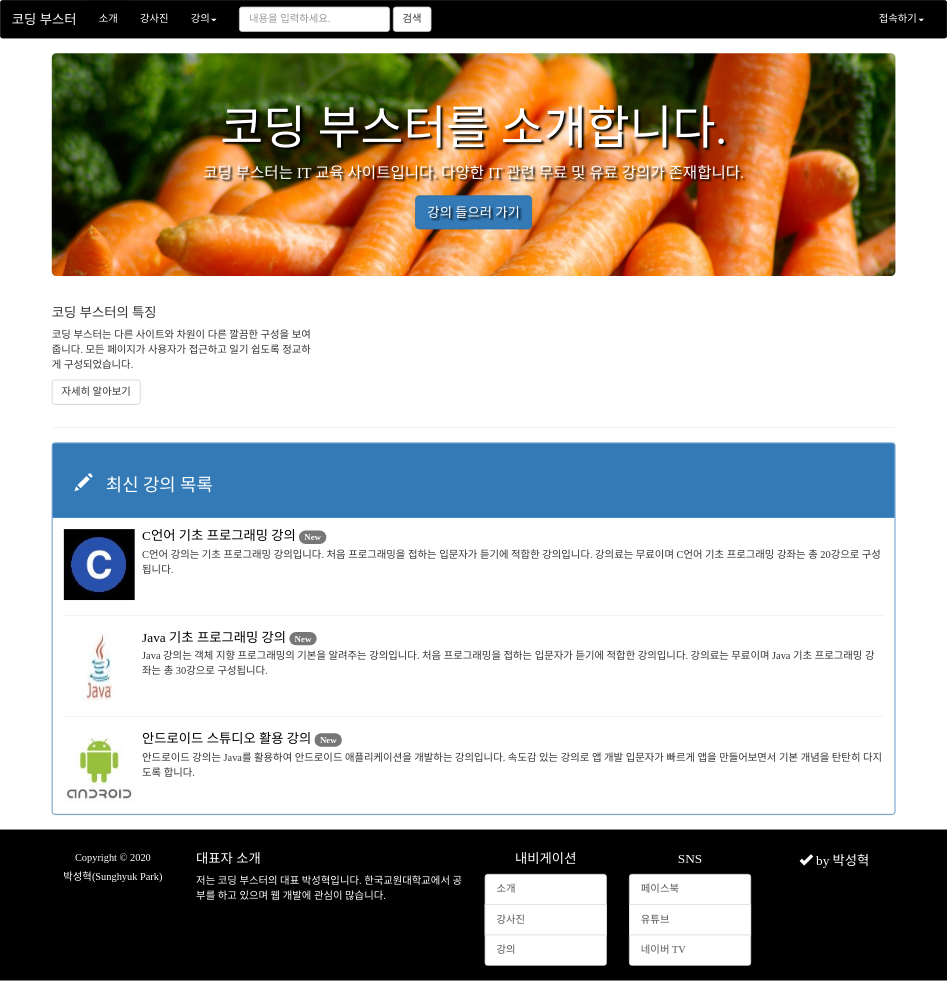
Repository: hyuk0u0/workspace_jsp
Page: http://localhost/MyProject/
The author's editor kept a copy of each file at every save. The page is drawn from the files as they stood at one save, then again after the next save.
The browser window is 1280 px wide. The pictures show the whole page, at 74% of full size.
Some web fonts or font styles are not loaded; a fallback is used. The page is served by Tomcat 9.

Above is the page before, as saved 2020-06-23 05:01:44.

### MyProject/WebContent/index.jsp
<%@ page language="java" contentType="text/html; charset=UTF-8"
    pageEncoding="UTF-8"%>

<%@ taglib uri="http://java.sun.com/jsp/jstl/core" prefix="c" %>
<%@ taglib uri="http://java.sun.com/jsp/jstl/fmt" prefix="fmt" %>
<%@ taglib uri="http://java.sun.com/jsp/jstl/functions" prefix="fn" %>

<!DOCTYPE html>
<html>
<head>
<meta charset="UTF-8">
<meta name="viewport" content="width=device-width, initial-scale=1">
<link rel="stylesheet" href="https://maxcdn.bootstrapcdn.com/bootstrap/3.4.1/css/bootstrap.min.css">
<link rel="stylesheet" href="css/codingBooster.css">
<script src="https://ajax.googleapis.com/ajax/libs/jquery/3.5.1/jquery.min.js"></script>
<script src="https://maxcdn.bootstrapcdn.com/bootstrap/3.4.1/js/bootstrap.min.js"></script>
<title>코딩 부스터</title>
	<style type="text/css">
		.jumbotron {
			background-image: url("images/jumbotronBackground.jpg");
			background-size: cover;
			text-shadow: black 0.2em 0.2em 0.2em;
			color: white;
		}
	</style>

</head>
<body>
	<nav class="navbar navbar-default">
		<div class="container-fluid">
			<div class="navbar-header">
				<button type="button" class="navbar-toggle collapsed" data-toggle="collapse"
					data-target="#bs-example-navbar-collapse-1" aria-expanded="false">
					<span class="sr-only"></span>
					<span class="icon-bar"></span>
					<span class="icon-bar"></span>
					<span class="icon-bar"></span>
				</button>
				<a class="navbar-brand" href="index.jsp">코딩 부스터</a>
			</div>
			<div class="collapse navbar-collapse" id="bs-example-navbar-collapse-1">
				<ul class="nav navbar-nav">
					<li class="active"><a href="index.jsp">소개<span class="sr-only"></span></a></li>
					<li><a href="instructor.jsp">강사진</a></li>
					<li class="dropdown">
						<a href="#" class="dropdown-toggle" data-toggle="dropdown" role="button"
							aria-haspopup="true" aria-expanded="false">강의<span class="caret"></span></a>
						<ul class="dropdown-menu">
							<li><a href="lecture.jsp?lectureName=C">C언어</a></li>
							<li><a href="lecture.jsp?lectureName=Java">Java</a></li>
							<li><a href="lecture.jsp?lectureName=Android">안드로이드</a></li>
						</ul>
					</li>
				</ul>
				<form class="navbar-form navbar-left">
					<div class="form-group">
						<input type="text" class="form-control" placeholder="내용을 입력하세요.">
					</div>
					<button type="submit" class="btn btn-default">검색</button>
				</form>
				<ul class="nav navbar-nav navbar-right">
					<li class="dropdown">
						<a href="#" class="dropdown-toggle" data-toggle="dropdown" role="button"
							aria-haspopup="true" aria-expanded="false">접속하기<span class="caret"></span></a>
						<ul class="dropdown-menu">
							<li><a href="loginForm.jsp">로그인</a></li>
							<li><a href="registerForm.jsp">회원가입</a></li>
						</ul>
					</li>
				</ul>
			</div>
		</div>
	</nav>
	<div class="container">
		<div class="jumbotron">
			<h1 class="text-center">코딩 부스터를 소개합니다.</h1>
			<p class="text-center">코딩 부스터는 IT 교육 사이트입니다. 다양한 IT 관련 무료 및 유료 강의가 존재합니다.<p>
			<p class="text-center"><a class="btn btn-primary btn-lg" href="lecture.jsp">강의 들으러 가기</a></p>
		</div>
		<div class="row">
			<div class="col-md-4">
				<h4>코딩 부스터의 특징</h4>
				<p>코딩 부스터는 다른 사이트와 차원이 다른 깔끔한 구성을 보여줍니다. 모든 페이지가 사용자가 접근하고 일기 쉽도록 정교하게 구성되었습니다.</p>
				<p><a class="btn btn-default" data-target="#modal" data-toggle="modal">자세히 알아보기</a></p>
			</div>

		</div>
		<hr>
		<div class="panel panel-primary">
			<div class="panel-heading">
				<h3 class="panel-heading"><span class="glyphicon glyphicon-pencil"></span>
				&nbsp;&nbsp;최신 강의 목록</h3>
			</div>
			<div class="panel-body">
				<div class="media">
					<div class="media-left">
						<a href="lecture.jsp?lectureName=C"><img class="media-object" src="images/c.jpg" alt="C언어 강의 이미지"></a>
					</div>
					<div class="media-body">
						<h4 class="media-heading"><a href="lecture.jsp?lectureName=C">C언어 기초 프로그래밍 강의</a>&nbsp;<span class="badge">New</span></h4>
						C언어 강의는 기초 프로그래밍 강의입니다. 처음 프로그래밍을 접하는 입문자가 듣기에 적합한 강의입니다.
						강의료는 무료이며 C언어 기초 프로그래밍 강좌는 총 20강으로 구성됩니다.
					</div>
				</div>
				<hr>
				<div class="media">
					<div class="media-left">
						<a href="lecture.jsp?lectureName=Java"><img class="media-object" src="images/java.jpg" alt="Java 강의 이미지"></a>
					</div>
					<div class="media-body">
						<h4 class="media-heading"><a href="lecture.jsp?lectureName=Java">Java 기초 프로그래밍 강의</a>&nbsp;<span class="badge">New</span></h4>
						Java 강의는 객체 지향 프로그래밍의 기본을 알려주는 강의입니다. 처음 프로그래밍을 접하는 입문자가 듣기에 적합한 강의입니다.
						강의료는 무료이며 Java 기초 프로그래밍 강좌는 총 30강으로 구성됩니다.
					</div>
				</div>
				<hr>
				<div class="media">
					<div class="media-left">
						<a href="lecture.jsp?lectureName=Android"><img class="media-object" src="images/android.jpg" alt="안드로이드 강의 이미지"></a>
					</div>
					<div class="media-body">
						<h4 class="media-heading"><a href="lecture.jsp?lectureName=Android">안드로이드 스튜디오 활용 강의</a>&nbsp;<span class="badge">New</span></h4>
						안드로이드 강의는 Java를 활용하여 안드로이드 애플리케이션을 개발하는 강의입니다.
						속도감 있는 강의로 앱 개발 입문자가 빠르게 앱을 만들어보면서 기본 개념을 탄탄히 다지도록 합니다.
					</div>
				</div>
			</div>
		</div>
	</div>
	<footer style="background-color: #000000; color: #ffffff">
		<div class="container">
			<br>
			<div class="row">
				<div class="col-sm-2" style="text-align: center;"><h5>Copyright &copy; 2020</h5><h5>박성혁(Sunghyuk Park)</h5></div>
				<div class="col-sm-4"><h4>대표자 소개</h4><p>저는 코딩 부스터의 대표 박성혁입니다. 한국교원대학교에서 공부를 하고 있으며 웹 개발에 관심이 많습니다.</p></div>
				<div class="col-sm-2"><h4 style="text-align: center;">내비게이션</h4>
					<div class="list-group">
						<a href="index.jsp" class="list-group-item">소개</a>
						<a href="instructor.jsp" class="list-group-item">강사진</a>
						<a href="lecture.jsp" class="list-group-item">강의</a>
					</div>
				</div>
				<div class="col-sm-2"><h4 style="text-align: center;">SNS</h4>
					<div class="list-group">
						<a href="https://www.naver.com" class="list-group-item">페이스북</a>
						<a href="https://www.google.com" class="list-group-item">유튜브</a>
						<a href="https://www.daum.net" class="list-group-item">네이버 TV</a>
					</div>
				</div>
				<div class="col-sm-2"><h4 style="text-align: center;"><span class="glyphicon glyphicon-ok"></span>&nbsp;by 박성혁</h4></div>
			</div>
		</div>
	</footer>
	<div class="row">
		<div class="modal" id="modal" tabindex="-1">
			<div class="modal-dialog">
				<div class="modal-content">
					<div class="modal-header">
						코딩 부스터의 특징
						<button class="close" data-dismiss="modal">&times;</button>
					</div>
					<div class="modal-body" style="text-align: center;">
						저희 서비스의 특징은 바로 강의를 들을 수 있다는 점입니다. <br>
						특히 다양한 무료 강의가 유튜브와 연동되어 제공됩니다.<br><br>
						<img src="images/youtube.png" id="imagepreview" style="width: 256px; height: 256px;">
					</div>
				</div>
			</div>
		</div>
	</div>
</body>
</html>

### MyProject/WebContent/css/codingBooster.css
@charset "UTF-8";
/* 전체 영역을 통틀어서 스타일 정의 */
@import url(http://fonts.googleapis.com/earlyaccess/nanumgothic.css);
* {
	font-family: 'Nanum Gothic';
}
a {
	color: #000000; /* 검정색 */
	text-decoration: none;
}
a:hover {
	color: #bbbbbb; /* 회색 */
	text-decoration: none;
	cursor: pointer;
}
/* 내비게이션 영역 */
.navbar-default { /* 배경 색상 */
	background-color: #000000;
	border-color: #000000;
}
.navbar-default .navbar-brand { /* 내비게이션 제목 색상 */
	color: #ffffff;
}
.navbar-default .navbar-brand:hovar,
.navbar-default .navbar-brand:focus { /* 내비게이션 제목에 마우스를 올렸을 때 */
	background-color: transparent;
	color: #bbbbbb;
}
.navbar-default .navbar-nav > .active > a,
.navbar-default .navbar-nav > .active > a:hover,
.navbar-default .navbar-nav > .active > a:focus { /* 현재 선택된 내비게이션 색상 이벤트 */
	color: white;
	background-color: #000000;
}

.navbar-default .navbar-nav > li > a:hover,
.navbar-default .navbar-nav > li > a:focus { /* 내비게이션의 글자에 마우스를 올렸을 때 */
	color: #bbbbbb;
}

.navbar-default .navbar-nav > .open > a,
.navbar-default .navbar-nav > .open > a:hover,
.navbar-default .navbar-nav > .open > a:focus { /* 드랍다운이 열렸을 때 마우스 색상 이벤트 */
	color: #000000;
	background-color: #ffffff;
	text-decoration: none;
}
.navbar-default .navbar-nav > li > a { /* 내비게이션 기본 색상 */
	color: white;
}
@media (max-width:767px) { /* 해상도가 작을 때 드랍다운 아이템에 마우스를 올렸을 때 */
	.navbar-default .navbar-nav .open .dropdown-menu > li > a {
		color: #ffffff;
	}
	.navbar-default .navbar-nav .open .dropdown-menu > li > a:hover,
	.navbar-default .navbar-nav .open .dropdown-menu > li > a.focus {
		color: #bbbbbb;
	}
}

After the next save:
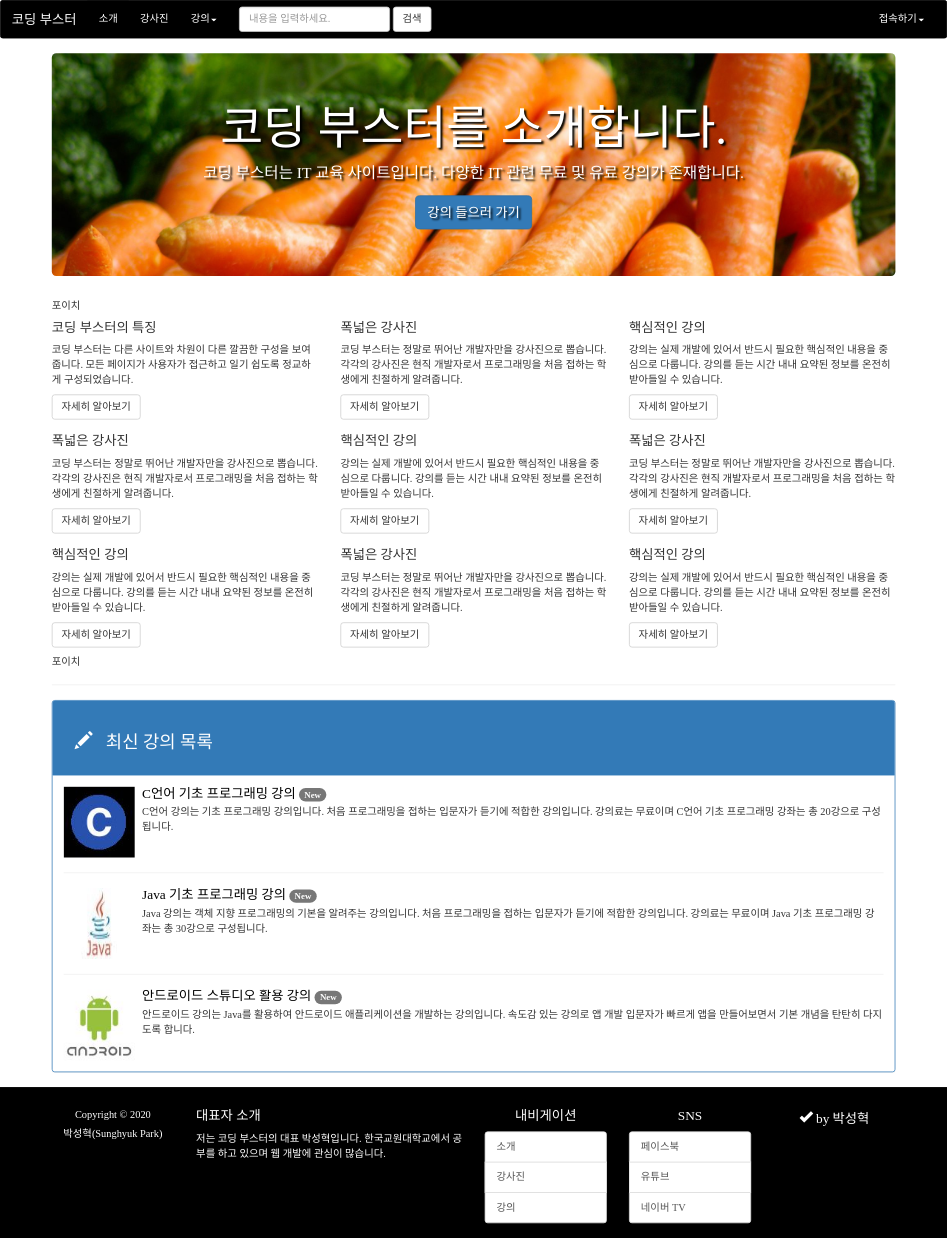
Saved 27 s later.
--- a/MyProject/WebContent/index.jsp
+++ b/MyProject/WebContent/index.jsp
@@ -77,14 +77,55 @@
 			<p class="text-center">코딩 부스터는 IT 교육 사이트입니다. 다양한 IT 관련 무료 및 유료 강의가 존재합니다.<p>
 			<p class="text-center"><a class="btn btn-primary btn-lg" href="lecture.jsp">강의 들으러 가기</a></p>
 		</div>
+		포이치
 		<div class="row">
 			<div class="col-md-4">
 				<h4>코딩 부스터의 특징</h4>
 				<p>코딩 부스터는 다른 사이트와 차원이 다른 깔끔한 구성을 보여줍니다. 모든 페이지가 사용자가 접근하고 일기 쉽도록 정교하게 구성되었습니다.</p>
 				<p><a class="btn btn-default" data-target="#modal" data-toggle="modal">자세히 알아보기</a></p>
 			</div>
-
-		</div>
+			<div class="col-md-4">
+				<h4>폭넓은 강사진</h4>
+				<p>코딩 부스터는 정말로 뛰어난 개발자만을 강사진으로 뽑습니다. 각각의 강사진은 현직 개발자로서 프로그래밍을 처음 접하는 학생에게 친절하게 알려줍니다.</p>
+				<p><a class="btn btn-default" href="instructor.jsp">자세히 알아보기</a></p>
+			</div>
+			<div class="col-md-4">
+				<h4>핵심적인 강의</h4>
+				<p>강의는 실제 개발에 있어서 반드시 필요한 핵심적인 내용을 중심으로 다룹니다. 강의를 듣는 시간 내내 요약된 정보를 온전히 받아들일 수 있습니다.</p>
+				<p><a class="btn btn-default" href="lecture.jsp">자세히 알아보기</a></p>
+			</div>
+			<div class="col-md-4">
+				<h4>폭넓은 강사진</h4>
+				<p>코딩 부스터는 정말로 뛰어난 개발자만을 강사진으로 뽑습니다. 각각의 강사진은 현직 개발자로서 프로그래밍을 처음 접하는 학생에게 친절하게 알려줍니다.</p>
+				<p><a class="btn btn-default" href="instructor.jsp">자세히 알아보기</a></p>
+			</div>
+			<div class="col-md-4">
+				<h4>핵심적인 강의</h4>
+				<p>강의는 실제 개발에 있어서 반드시 필요한 핵심적인 내용을 중심으로 다룹니다. 강의를 듣는 시간 내내 요약된 정보를 온전히 받아들일 수 있습니다.</p>
+				<p><a class="btn btn-default" href="lecture.jsp">자세히 알아보기</a></p>
+			</div>
+			<div class="col-md-4">
+				<h4>폭넓은 강사진</h4>
+				<p>코딩 부스터는 정말로 뛰어난 개발자만을 강사진으로 뽑습니다. 각각의 강사진은 현직 개발자로서 프로그래밍을 처음 접하는 학생에게 친절하게 알려줍니다.</p>
+				<p><a class="btn btn-default" href="instructor.jsp">자세히 알아보기</a></p>
+			</div>
+			<div class="col-md-4">
+				<h4>핵심적인 강의</h4>
+				<p>강의는 실제 개발에 있어서 반드시 필요한 핵심적인 내용을 중심으로 다룹니다. 강의를 듣는 시간 내내 요약된 정보를 온전히 받아들일 수 있습니다.</p>
+				<p><a class="btn btn-default" href="lecture.jsp">자세히 알아보기</a></p>
+			</div>
+			<div class="col-md-4">
+				<h4>폭넓은 강사진</h4>
+				<p>코딩 부스터는 정말로 뛰어난 개발자만을 강사진으로 뽑습니다. 각각의 강사진은 현직 개발자로서 프로그래밍을 처음 접하는 학생에게 친절하게 알려줍니다.</p>
+				<p><a class="btn btn-default" href="instructor.jsp">자세히 알아보기</a></p>
+			</div>
+			<div class="col-md-4">
+				<h4>핵심적인 강의</h4>
+				<p>강의는 실제 개발에 있어서 반드시 필요한 핵심적인 내용을 중심으로 다룹니다. 강의를 듣는 시간 내내 요약된 정보를 온전히 받아들일 수 있습니다.</p>
+				<p><a class="btn btn-default" href="lecture.jsp">자세히 알아보기</a></p>
+			</div>
+		</div>
+		포이치
 		<hr>
 		<div class="panel panel-primary">
 			<div class="panel-heading">

After the save that followed:
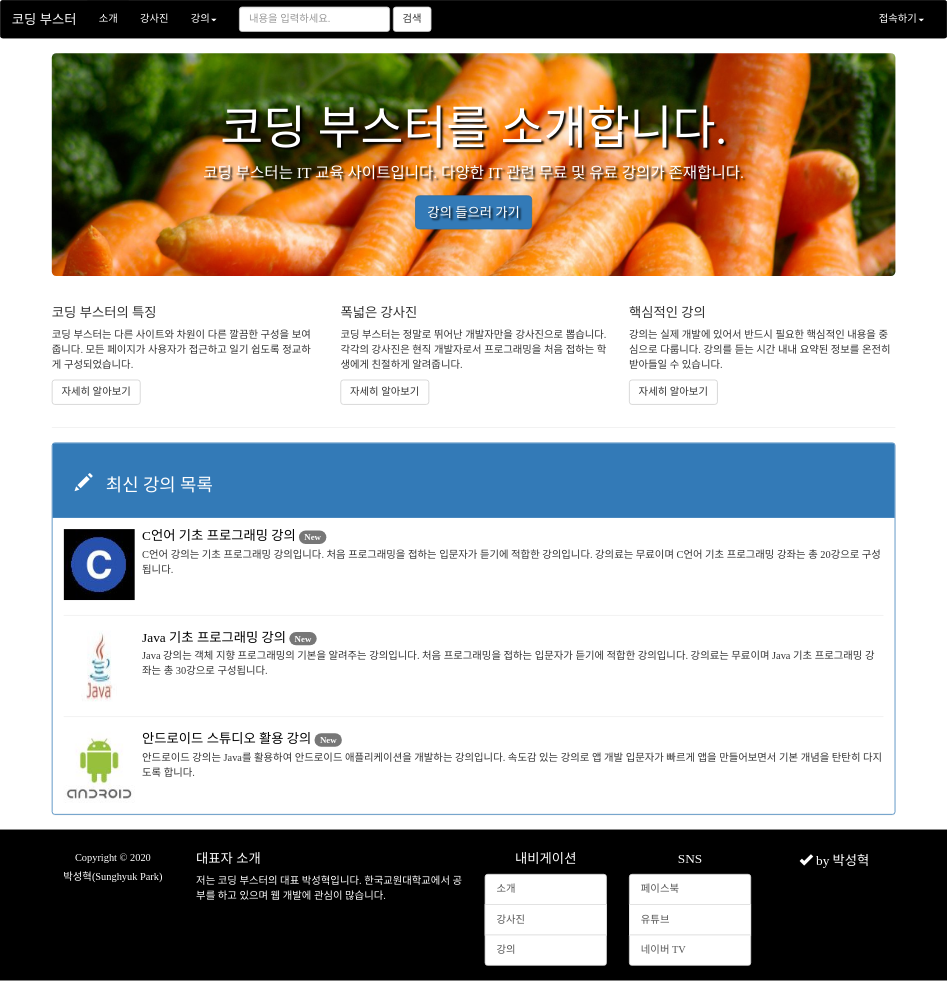
Saved 63 s later.
--- a/MyProject/WebContent/index.jsp
+++ b/MyProject/WebContent/index.jsp
@@ -77,7 +77,6 @@
 			<p class="text-center">코딩 부스터는 IT 교육 사이트입니다. 다양한 IT 관련 무료 및 유료 강의가 존재합니다.<p>
 			<p class="text-center"><a class="btn btn-primary btn-lg" href="lecture.jsp">강의 들으러 가기</a></p>
 		</div>
-		포이치
 		<div class="row">
 			<div class="col-md-4">
 				<h4>코딩 부스터의 특징</h4>
@@ -94,38 +93,8 @@
 				<p>강의는 실제 개발에 있어서 반드시 필요한 핵심적인 내용을 중심으로 다룹니다. 강의를 듣는 시간 내내 요약된 정보를 온전히 받아들일 수 있습니다.</p>
 				<p><a class="btn btn-default" href="lecture.jsp">자세히 알아보기</a></p>
 			</div>
-			<div class="col-md-4">
-				<h4>폭넓은 강사진</h4>
-				<p>코딩 부스터는 정말로 뛰어난 개발자만을 강사진으로 뽑습니다. 각각의 강사진은 현직 개발자로서 프로그래밍을 처음 접하는 학생에게 친절하게 알려줍니다.</p>
-				<p><a class="btn btn-default" href="instructor.jsp">자세히 알아보기</a></p>
-			</div>
-			<div class="col-md-4">
-				<h4>핵심적인 강의</h4>
-				<p>강의는 실제 개발에 있어서 반드시 필요한 핵심적인 내용을 중심으로 다룹니다. 강의를 듣는 시간 내내 요약된 정보를 온전히 받아들일 수 있습니다.</p>
-				<p><a class="btn btn-default" href="lecture.jsp">자세히 알아보기</a></p>
-			</div>
-			<div class="col-md-4">
-				<h4>폭넓은 강사진</h4>
-				<p>코딩 부스터는 정말로 뛰어난 개발자만을 강사진으로 뽑습니다. 각각의 강사진은 현직 개발자로서 프로그래밍을 처음 접하는 학생에게 친절하게 알려줍니다.</p>
-				<p><a class="btn btn-default" href="instructor.jsp">자세히 알아보기</a></p>
-			</div>
-			<div class="col-md-4">
-				<h4>핵심적인 강의</h4>
-				<p>강의는 실제 개발에 있어서 반드시 필요한 핵심적인 내용을 중심으로 다룹니다. 강의를 듣는 시간 내내 요약된 정보를 온전히 받아들일 수 있습니다.</p>
-				<p><a class="btn btn-default" href="lecture.jsp">자세히 알아보기</a></p>
-			</div>
-			<div class="col-md-4">
-				<h4>폭넓은 강사진</h4>
-				<p>코딩 부스터는 정말로 뛰어난 개발자만을 강사진으로 뽑습니다. 각각의 강사진은 현직 개발자로서 프로그래밍을 처음 접하는 학생에게 친절하게 알려줍니다.</p>
-				<p><a class="btn btn-default" href="instructor.jsp">자세히 알아보기</a></p>
-			</div>
-			<div class="col-md-4">
-				<h4>핵심적인 강의</h4>
-				<p>강의는 실제 개발에 있어서 반드시 필요한 핵심적인 내용을 중심으로 다룹니다. 강의를 듣는 시간 내내 요약된 정보를 온전히 받아들일 수 있습니다.</p>
-				<p><a class="btn btn-default" href="lecture.jsp">자세히 알아보기</a></p>
-			</div>
 		</div>
-		포이치
+
 		<hr>
 		<div class="panel panel-primary">
 			<div class="panel-heading">
